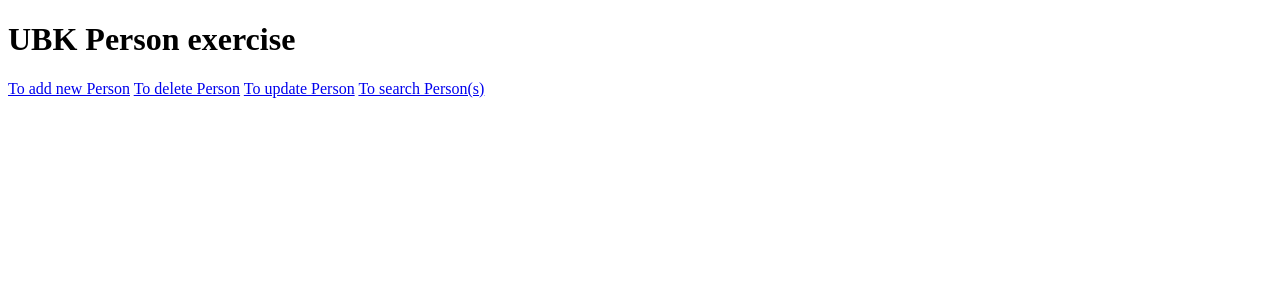
Repository: PanHrnecPapinak/EJB
Page: http://localhost/Web/WebMain.jsp
The author's editor kept a copy of each file at every save. The page is drawn from the files as they stood at one save, then again after the next save.
The browser window is 1280 px wide. The pictures show the whole page.
The page is served by Tomcat 9.

Above is the page before, as saved 2023-04-17 10:39:58.

### EJB UBK Ukol/Web/src/main/webapp/WebMain.jsp
<%@ page language="java" contentType="text/html; charset=UTF-8"
    pageEncoding="UTF-8"%>
<!DOCTYPE html>
<html>
<head>
<meta charset="UTF-8">
<title>Insert title here</title>
</head>
<body>
	<h1>UBK Person exercise</h1>
	<a href="http://localhost:8080/Web/WebCreatePerson.jsp">To add new Person</a>
	<a href="http://localhost:8080/Web/WebDeletePerson.jsp">To delete Person</a>
	<a href="http://localhost:8080/Web/WebUpdatePerson.jsp">To update Person</a>
	<a href="http://localhost:8080/Web/WebSearchPerson.jsp">To search Person(s)</a>

</body>
</html>

After the next save:
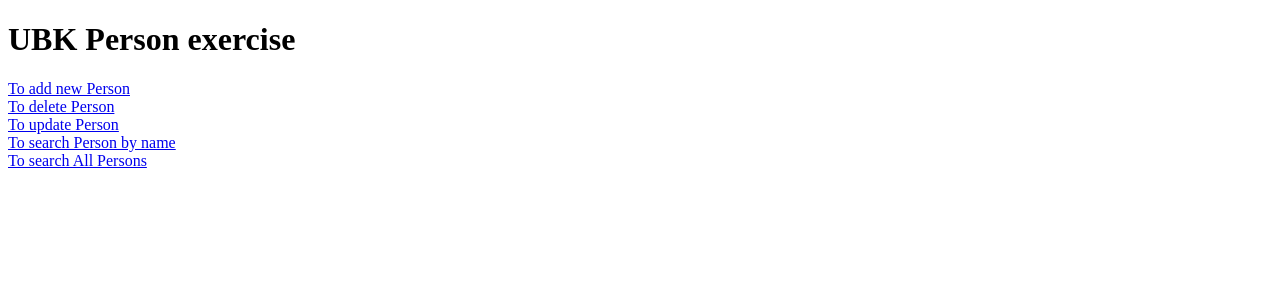
Saved 4 min 10 s later.
--- a/EJB UBK Ukol/Web/src/main/webapp/WebMain.jsp
+++ b/EJB UBK Ukol/Web/src/main/webapp/WebMain.jsp
@@ -8,10 +8,11 @@
 </head>
 <body>
 	<h1>UBK Person exercise</h1>
-	<a href="http://localhost:8080/Web/WebCreatePerson.jsp">To add new Person</a>
-	<a href="http://localhost:8080/Web/WebDeletePerson.jsp">To delete Person</a>
-	<a href="http://localhost:8080/Web/WebUpdatePerson.jsp">To update Person</a>
-	<a href="http://localhost:8080/Web/WebSearchPerson.jsp">To search Person(s)</a>
+	<a href="http://localhost:8080/Web/WebCreatePerson.jsp">To add new Person</a><br/>
+	<a href="http://localhost:8080/Web/WebDeletePerson.jsp">To delete Person</a><br/>
+	<a href="http://localhost:8080/Web/WebUpdatePerson.jsp">To update Person</a><br/>
+	<a href="http://localhost:8080/Web/WebSearchPerson.jsp">To search Person by name</a><br/>
+	<a href="http://localhost:8080/Web/WebSearchPerson.jsp">To search All Persons</a><br/>
 
 </body>
 </html>
